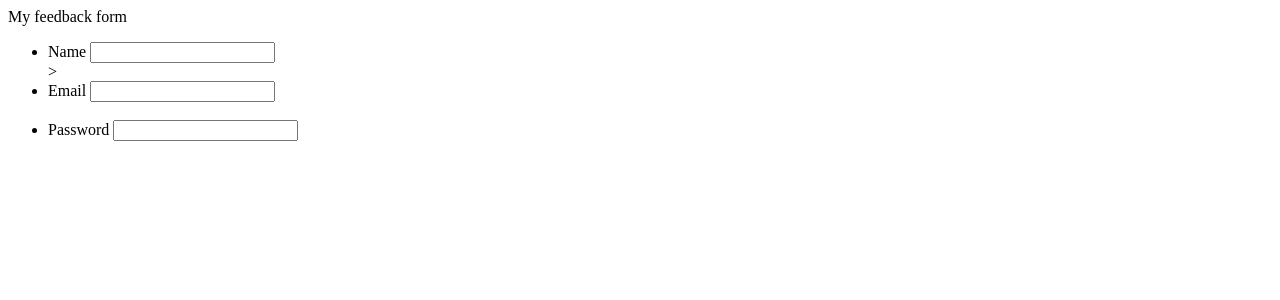
Repository: pratixa-chauhan/practice
Page: view/schedule2.html
An editor plug-in stored every save of this project. The page is shown before and after the next save, followed by the edit.
The browser window is 1280 px wide. The pictures show the whole page.

Above is the page before, as saved 2021-12-20 16:11:30.

After the next save:
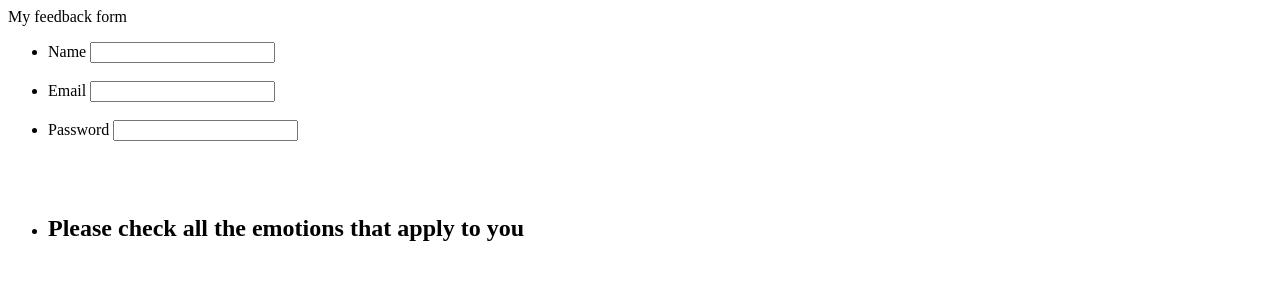
Saved 7 min 6 s later.
--- a/view/schedule2.html
+++ b/view/schedule2.html
@@ -1,17 +1,24 @@
 <!DOCTYPE html>
 <html>
-    <head style="font-size: 30px;"> My feedback form</head>
-    <form>
+    <head> My feedback form</head>
+    <form style="width: 60%;" >
         <ul>
        <li> <label for="name">Name</label>
-        <input type="text" id="name" name="name"></li>><br>
+        <input type="text" id="name" name="name"></li><br>
         <li>
         <label for="password">Email</label>
         <input type="password" id="pwd" name="pwd"></li><br>
         <li>
         <label for="email">Password</label>
         <input type="email" id="email" name="email"></li><br><br><br>
+
+        <li>
+            <h2>Please check all the emotions that apply to you</h2>
+
+        </li>
         </ul>
+
+
 
 
 
